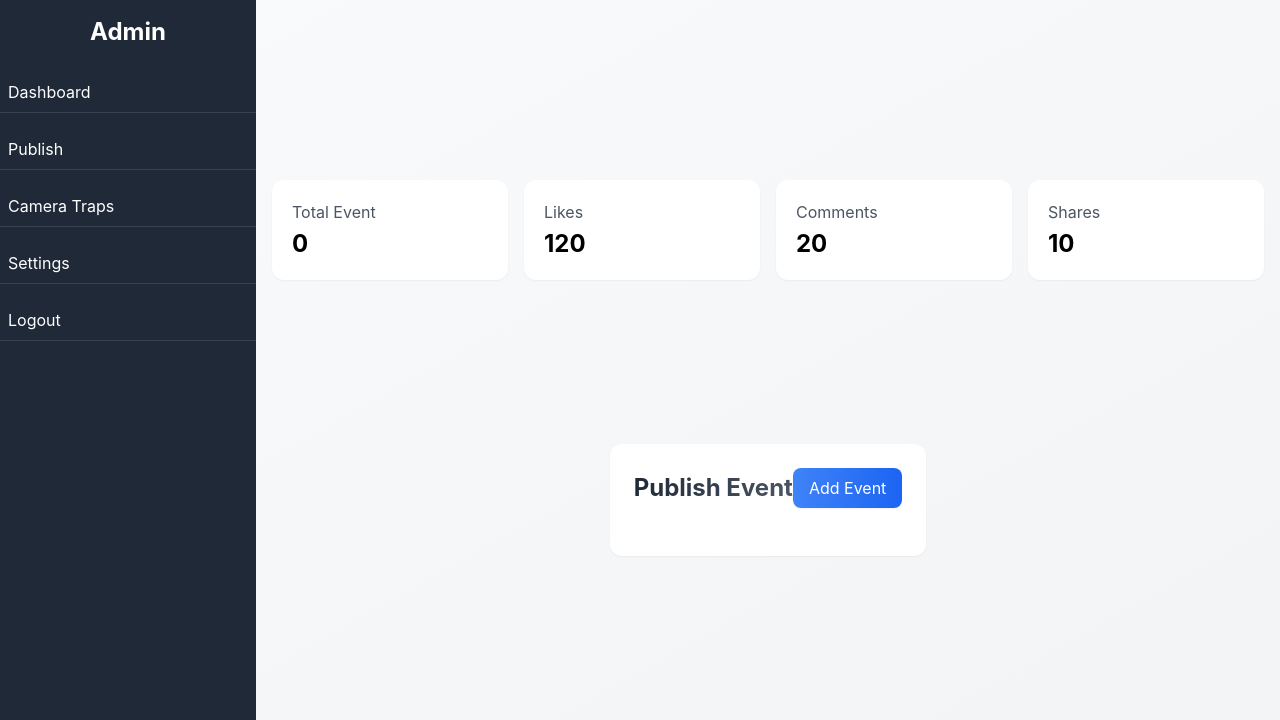
Repository: DominicMathew240/wildlife
Page: /pages/admin/dashboard/admin_publish
The author's editor kept a copy of each file at every save. The page is drawn from the files as they stood at one save, then again after a run of saves.
The browser window is 1280 px wide. The pictures show the whole page.
The page's requests for data from a server got no answer. Some web libraries are served in a nearby version. The project was rebuilt for these pictures with package versions that can differ from the ones it lists, and the page was loaded fresh each time. The framework's server and built-in components were replaced by stand-ins that run in the browser. No one was signed in, and anything a server would have sent is missing. Also part of the build but not shown: next.config.mjs, src/app/pages/admin/components/addEvent.js.

Above is the page before, as saved 2024-11-25 23:39:33.

### src/app/layout.js
import localFont from "next/font/local";
import "./globals.css";

const geistSans = localFont({
  src: "./fonts/GeistVF.woff",
  variable: "--font-geist-sans",
  weight: "100 900",
});
const geistMono = localFont({
  src: "./fonts/GeistMonoVF.woff",
  variable: "--font-geist-mono",
  weight: "100 900",
});

export const metadata = {
  title: "Wild Life",
  description: "Wild Life of Sarawak",
};

export default function RootLayout({ children }) {
  return (
    <html lang="en">
      <head>
        <link href="https://cdn.jsdelivr.net/npm/flowbite@2.5.1/dist/flowbite.min.css" rel="stylesheet" />
      </head>
      <body className={`${geistSans.variable} ${geistMono.variable} antialiased`} >
        {children}

        <script src="https://cdn.jsdelivr.net/npm/flowbite@2.5.1/dist/flowbite.min.js"></script>
      </body>
    </html>
  );
}

### src/app/globals.css
@tailwind base;
@tailwind components;
@tailwind utilities;

.thank-you-animation {
    font-size: 3rem;
    animation: bounce 1s infinite;
}

@keyframes bounce {
    0%, 100% {
        transform: translateY(0);
    }
    50% {
        transform: translateY(-20px);
    }
}

html {
    scroll-behavior: smooth;
}

### src/app/pages/admin/components/sidebar.js
import React from "react";
import Link from "next/link";

export default function Sidebar() {
    return (
        <aside className="flex flex-col justify-start items-center w-64 h-screen bg-gray-800 text-white">
            <h1 className="text-2xl font-bold mt-4">Admin</h1>
            <ul className="flex flex-col justify-start items-center w-full mt-4">
                <Link href="/pages/admin/dashboard" className="w-full p-2 my-2 border-b border-gray-700">Dashboard</Link>
                <Link href="/pages/admin/dashboard/admin_publish" className="w-full p-2 my-2 border-b border-gray-700">Publish</Link>
                <Link href="/pages/admin/dashboard/camera_traps" className="w-full p-2 my-2 border-b border-gray-700">Camera Traps</Link>
                <Link href="/pages/admin/dashboard/admin_roles" className="w-full p-2 my-2 border-b border-gray-700">Settings</Link>
                <a href="/" className="w-full p-2 my-2 border-b border-gray-700">Logout</a>
            </ul>
        </aside>
    );
}

Loaded but not shown: tailwind.config.js (common file); src/app/pages/admin/dashboard/admin_publish/page.js (548 lines, source omitted)

After the next 2 saves:
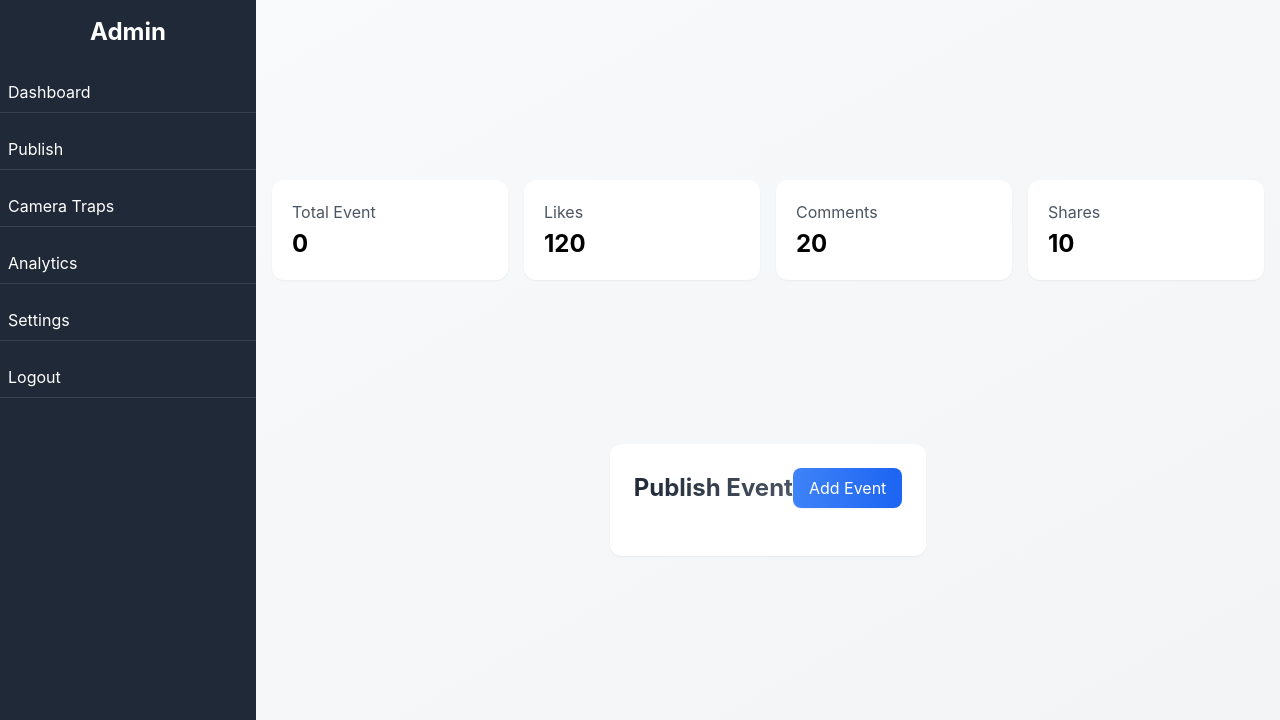
The 2 saves are shown as one change because they came seconds apart.
The last was saved 49 s later.
--- a/src/app/pages/admin/components/sidebar.js
+++ b/src/app/pages/admin/components/sidebar.js
@@ -9,6 +9,7 @@ export default function Sidebar() {
                 <Link href="/pages/admin/dashboard" className="w-full p-2 my-2 border-b border-gray-700">Dashboard</Link>
                 <Link href="/pages/admin/dashboard/admin_publish" className="w-full p-2 my-2 border-b border-gray-700">Publish</Link>
                 <Link href="/pages/admin/dashboard/camera_traps" className="w-full p-2 my-2 border-b border-gray-700">Camera Traps</Link>
+                <Link href="/pages/admin/dashboard/analytics" className="w-full p-2 my-2 border-b border-gray-700">Analytics</Link>
                 <Link href="/pages/admin/dashboard/admin_roles" className="w-full p-2 my-2 border-b border-gray-700">Settings</Link>
                 <a href="/" className="w-full p-2 my-2 border-b border-gray-700">Logout</a>
             </ul>
